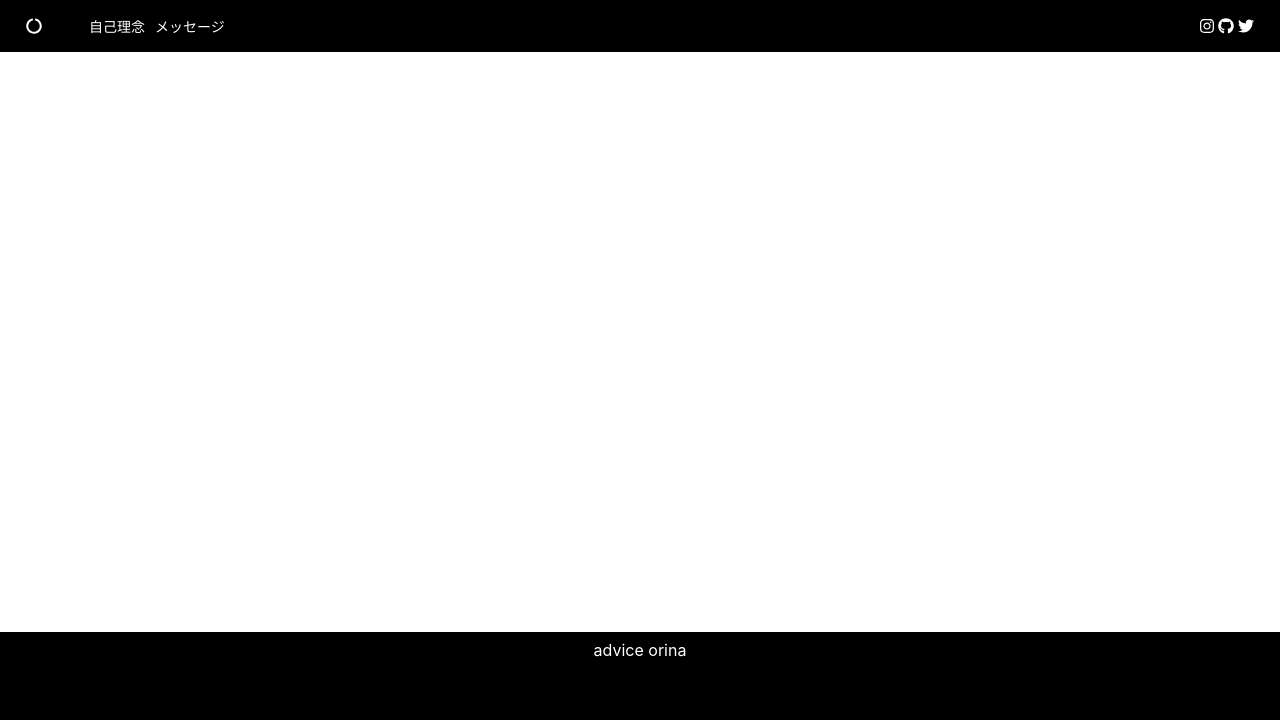
Repository: Rujuu-prog/react-mysite
Page: /philosophy
The author's editor kept a copy of each file at every save. The page is drawn from the files as they stood at one save, then again after the next save.
The browser window is 1280 px wide. The pictures show the whole page.
The project was rebuilt for these pictures with package versions that can differ from the ones it lists, and the page was loaded fresh each time. A package was used in the major version that the imports need, not the one package.json lists.

Above is the page before, as saved 2021-05-12 22:53:43.

After the next save:
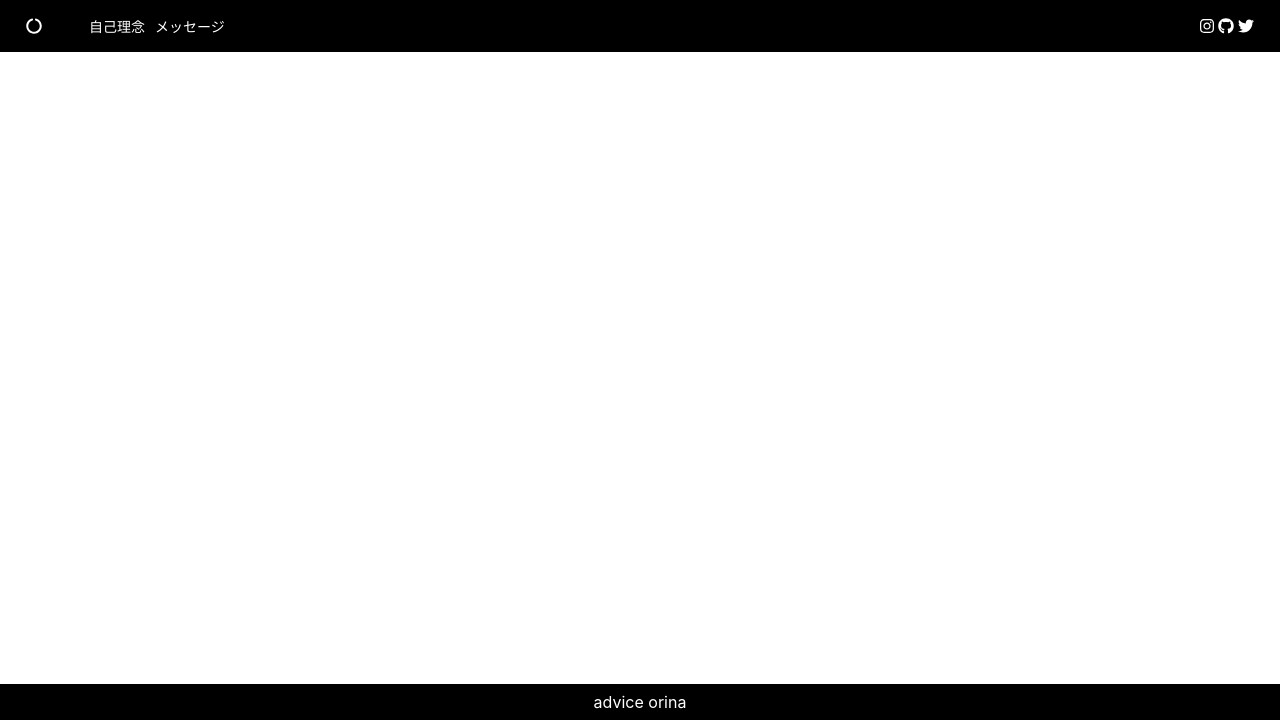
Saved 26 s later.
--- a/src/components/atoms/layout/Footer.tsx
+++ b/src/components/atoms/layout/Footer.tsx
@@ -12,7 +12,7 @@ const SFooter = styled.footer`
     position: fixed;
     bottom: 0;
     width: 100%;
-    height: 10%;
+    // height: 10%;
 `;
 
 const Sp = styled.p`
